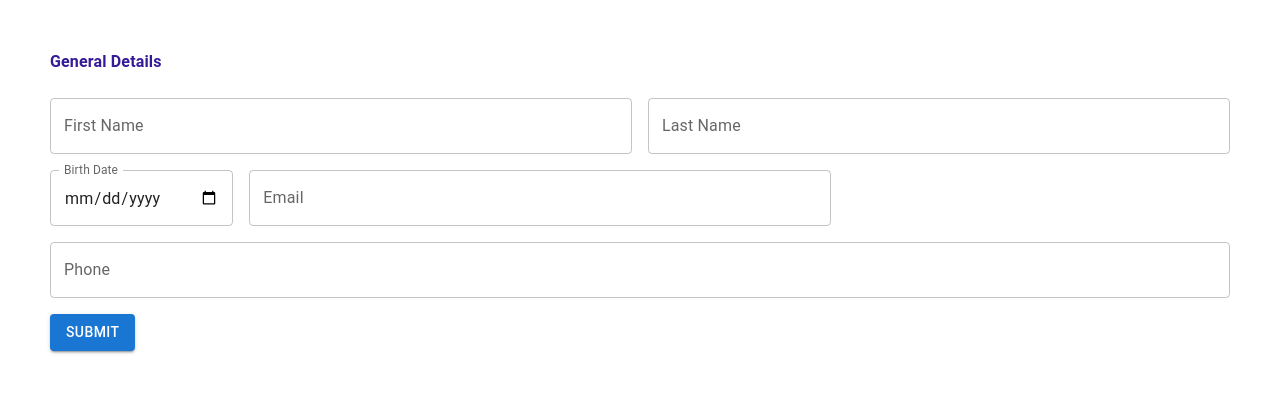
Repository: lenx0/front-client-manager
Page: /
The author's editor kept a copy of each file at every save. The page is drawn from the files as they stood at one save, then again after the next save.
The browser window is 1280 px wide. The pictures show the whole page.
The project was rebuilt for these pictures with package versions that can differ from the ones it lists, and the page was loaded fresh each time. Also part of the build but not shown: vite.config.js, src/App.css.

Above is the page before, as saved 2024-06-25 11:31:49.

After the next save:
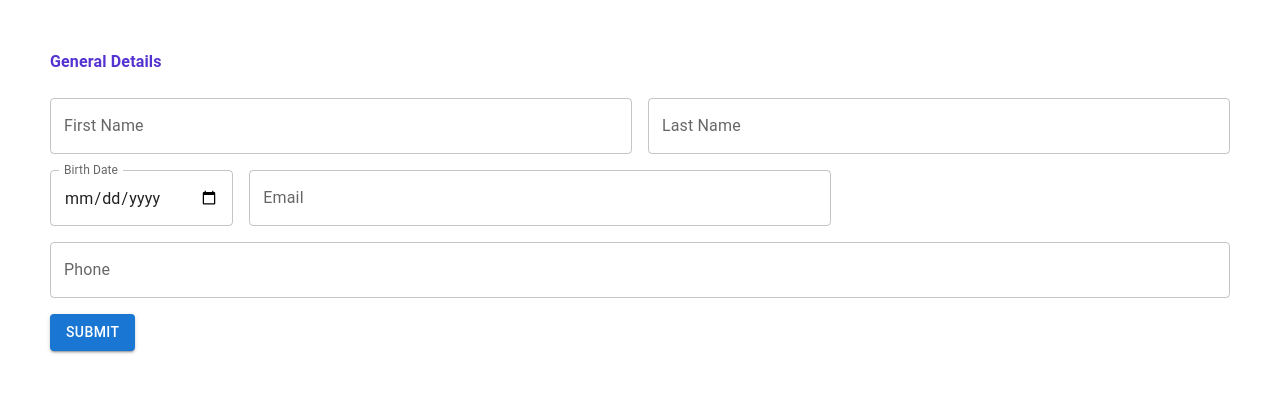
Saved 11 s later.
--- a/src/components/UserForm.jsx
+++ b/src/components/UserForm.jsx
@@ -19,7 +19,7 @@ const UserForm = () => {
 
   return (
     <Grid>
-      <Typography fontWeight={700} pb={3} color="#361b97">
+      <Typography fontWeight={700} pb={3} color="#5533d1">
         General Details
       </Typography>
     <form onSubmit={handleSubmit(onSubmit)}>
